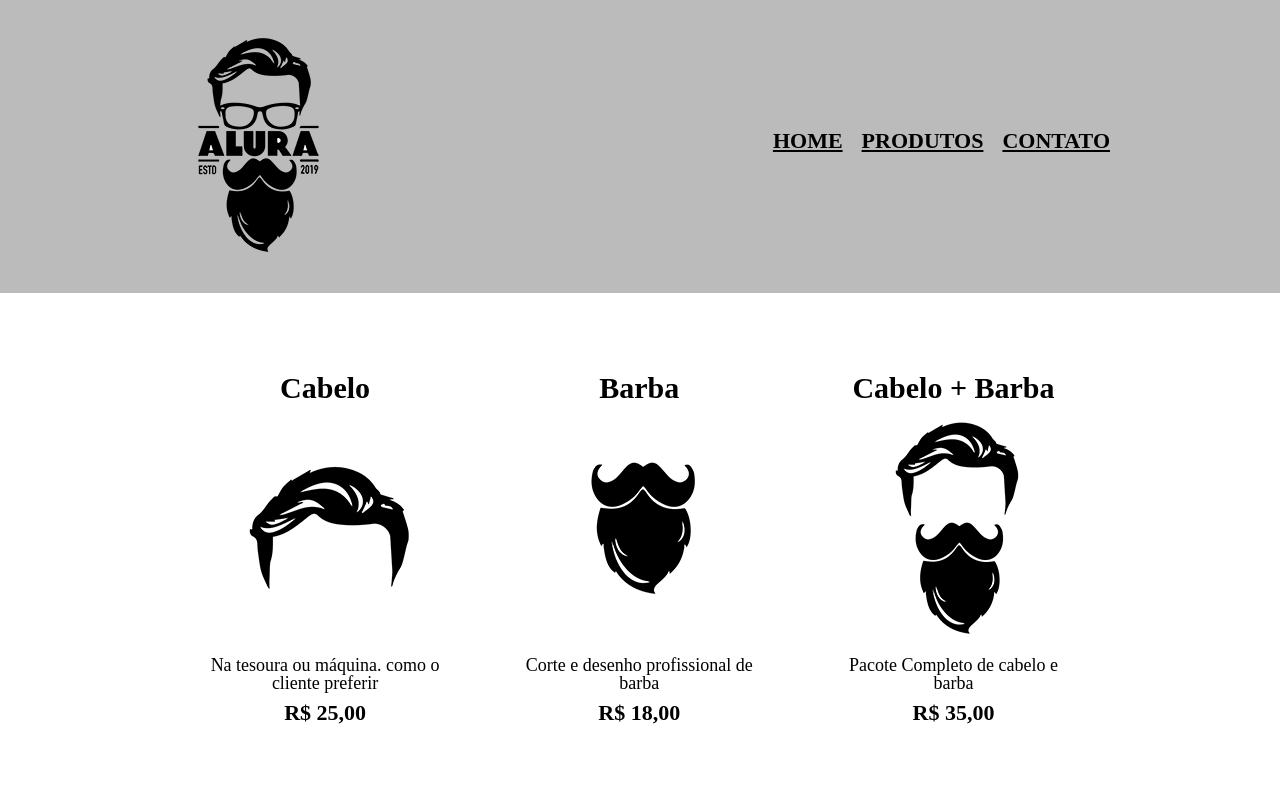
Repository: AnaBerlanda/AulaAlura
Page: produtos.html
These files come from the project's save history. The page is drawn as it stood at one moment and after the next save; the edit follows.
The browser window is 1280 px wide. The pictures show the whole page.

Above is the page before, as saved 2022-04-11 16:21:12.

### produtos.html
<!DOCTYPE html>
<html lang="pt-br">

<head>
    <meta charset="utf-8" />
    <title>Produtos - Barbearia Alura</title>
    <link type="text/css" rel="stylesheet" href="reset/reset.css">
    <link type="text/css" rel="stylesheet" href="produtos.css">

</head>
<body>
    <header>
        <div class="caixa">
            <h1><img src="imagem/logo.png"></h1>
            <nav>
                <ul>
                    <li><a href="index.html">Home</a></li>
                    <li><a href="produtos.html">Produtos</a></li>
                    <li><a href="contato.html">Contato</a></li>
                </ul>
            </nav>
        </div>
    </header>

    <main>
        <ul class="produtos">
            <li>
                <h2>Cabelo</h2>
                <img src="imagem/cabelo.jpg">
                <p class="produto-desc">Na tesoura ou máquina. como o cliente preferir</p>
                <p class="produto-preco">R$ 25,00</p>
            </li>
            <li><h2>Barba</h2>
                <img src="imagem/barba.jpg">
                <p class="produto-desc">Corte e desenho profissional de barba</p>
                <p class="produto-preco">R$ 18,00</p>
            </li>
            <li><h2>Cabelo + Barba</h2>
                <img src="imagem/cabelo+barba.jpg">
                <p class="produto-desc">Pacote Completo de cabelo e barba</p>
                <p class="produto-preco">R$ 35,00</p>
            </li>
        </ul>
    </main>



    </div>









    </header>

### produtos.css
header{
    background:#BBBBBB;
    padding: 20px 0;
}
.caixa{
    position: relative;
    width: 940px;
    margin: 0 auto;
}
nav{
    position:absolute;
    top: 110px;
    right: 0;
}
nav li{
    display: inline;
    margin: 0 0 0 15px;
}
nav a{
    text-transform: uppercase;
    color: #000000;
    font-weight: bold;
    font-size: 22px;
    text direction: none;
}
.produtos{
    width: 940px ;
    margin: 0 auto ;
    padding: 50px 0 ;
}
.produtos li{
    display: inline-block;
    text-align: center;
    width: 30%;
    vertical-align: top;
    margin: 0 1.5%;
    padding: 30px 20px;
    box-sizing: border-box;
}
.produtos h2{
    font-size: 30px;
    font-weight: bold;
}
.produto-preco{
    font-size: 22px;
    font-weight: bold;
    margin-top: 10px;
}
.produto-desc{
    font-size: 18px;
}

Loaded but not shown: reset/reset.css (common file)

After the next save:
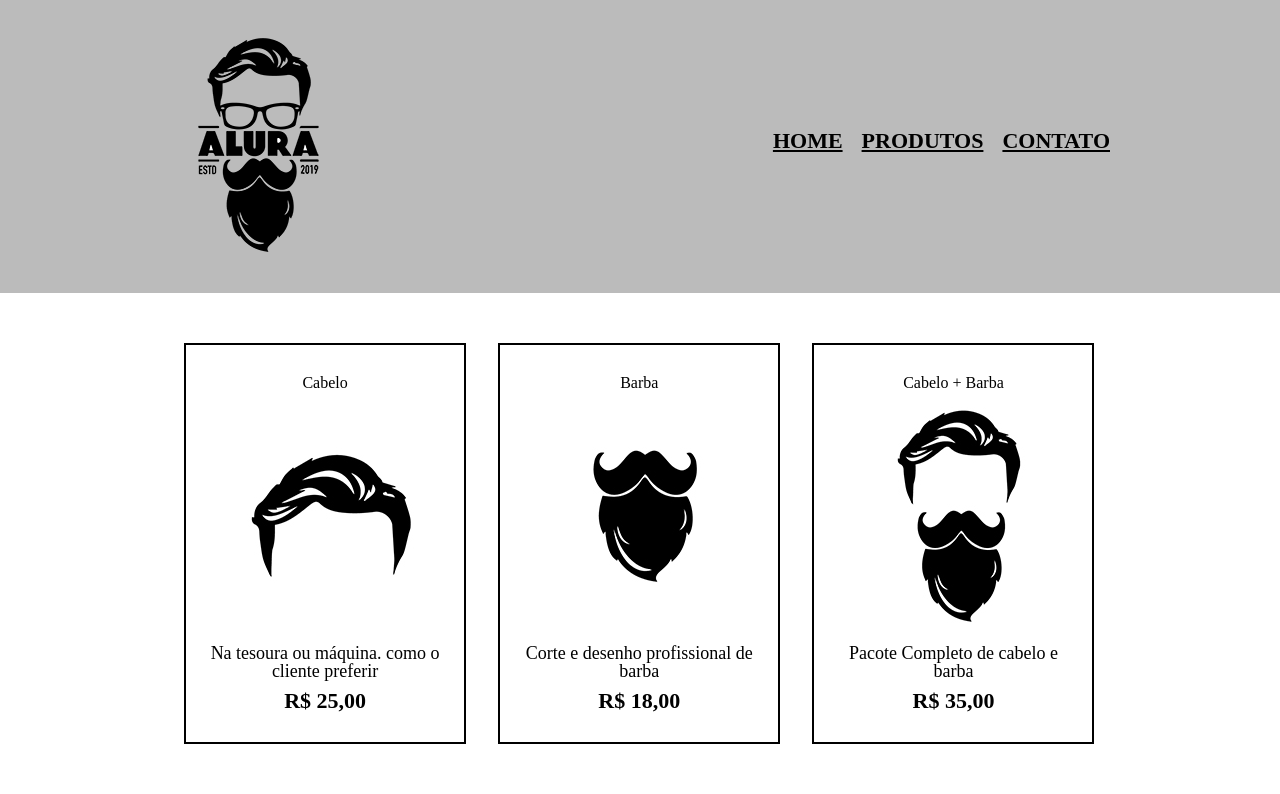
Saved 22 h 30 min later.
--- a/produtos.css
+++ b/produtos.css
@@ -36,7 +36,7 @@ nav a{
     margin: 0 1.5%;
     padding: 30px 20px;
     box-sizing: border-box;
-}
+    border: black solid 2px;
 .produtos h2{
     font-size: 30px;
     font-weight: bold;
